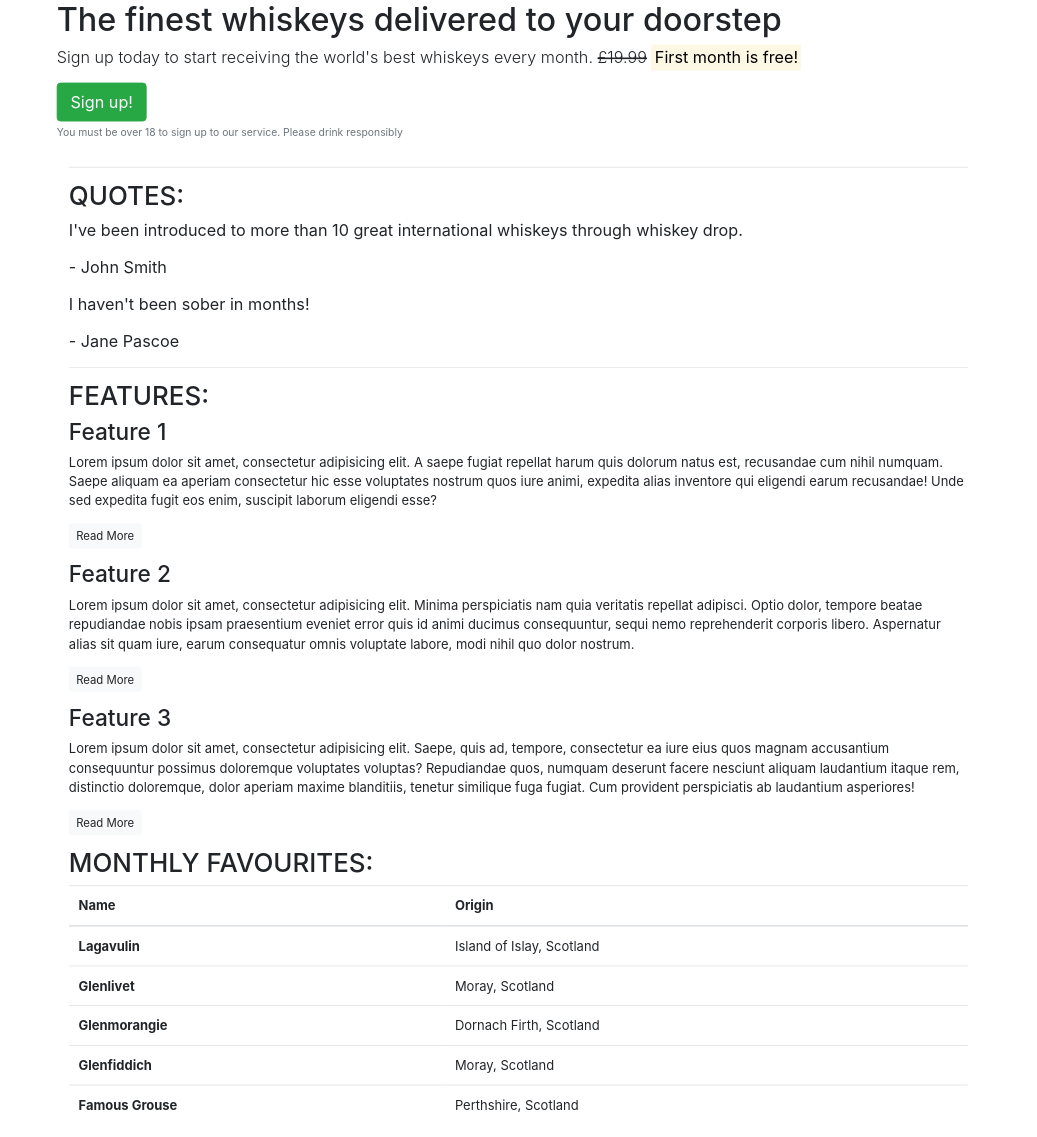
Repository: LouWills/WhiskeyDrop-bootstrap
Page: index.html
The author's editor kept a record of every edit. The page is drawn from the files as they stood at one moment, then again after the next edit.
The browser window is 1280 px wide. The pictures show the whole page, at 81% of full size.

Above is the page before.
Console error: TypeError: Cannot read properties of undefined (reading 'fn')

After the next edit:
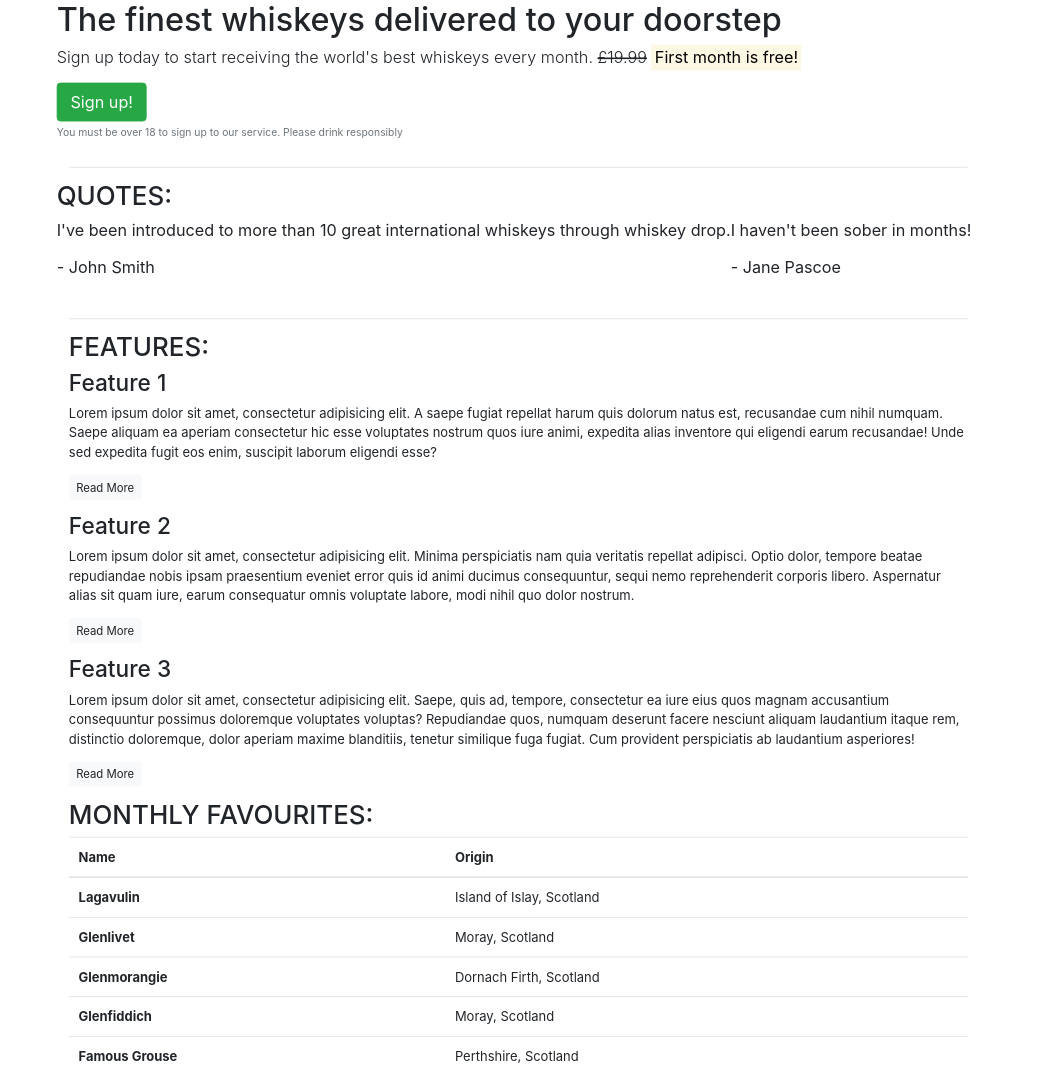
The edit:
--- a/index.html
+++ b/index.html
@@ -26,7 +26,10 @@
 
        <!-- Quotes -->
        <section class="quotes">
-           <h2 class="text-uppercase">Quotes:</h2>
+           <div class="row">
+               <h2 class="text-uppercase">Quotes:</h2>
+           </div>
+           <div class="row">
            <blockquote class="blockquote">
                <p>I've been introduced to more than 10 great international whiskeys through whiskey drop.</p>
                <p>- John Smith</p>
